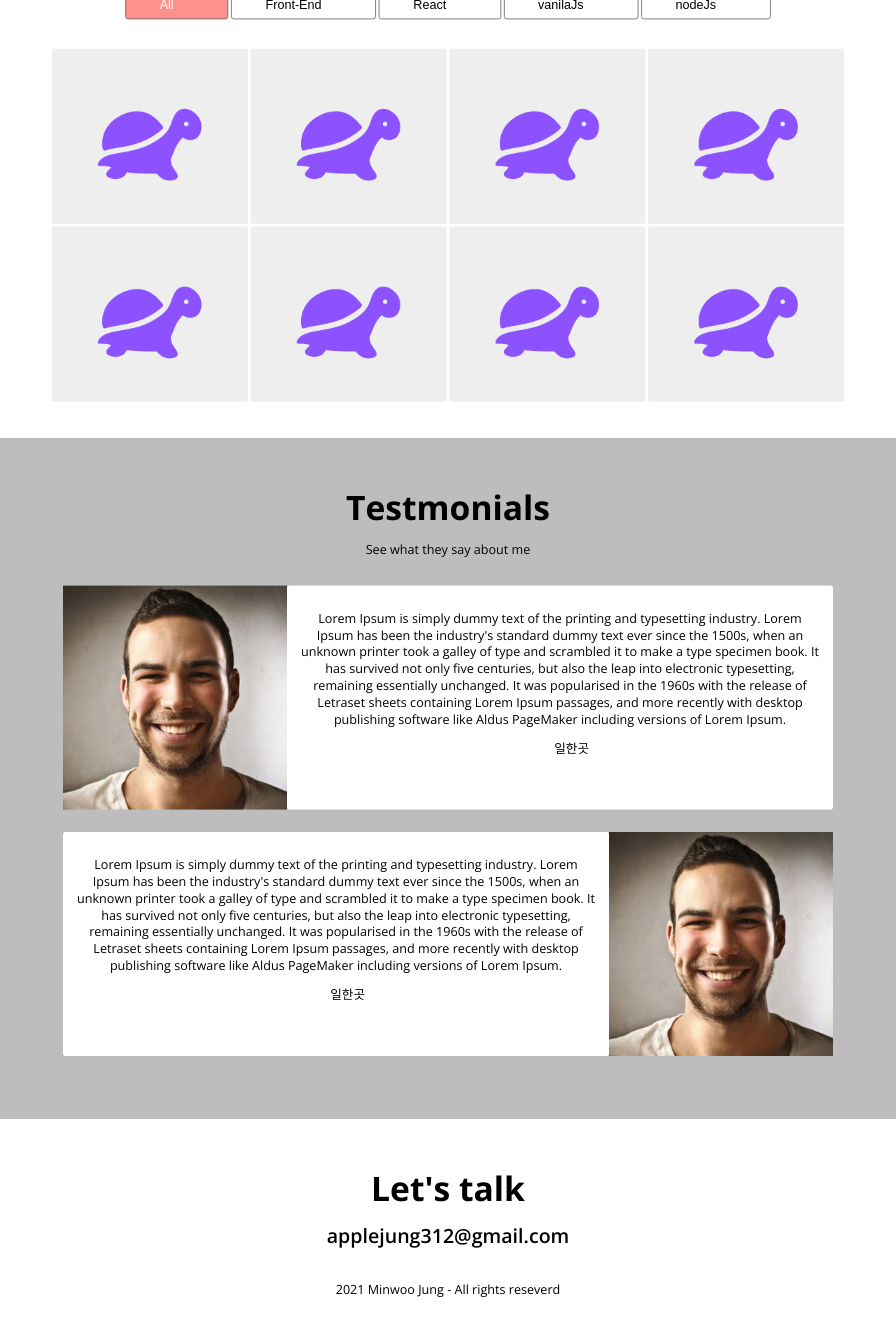
Repository: DevMinwoo-Jung/MinwooPortfolio
Page: index.html
These files come from the project's save history. The page is drawn as it stood at one moment and after the next save; the edit follows.
The browser window is 1280 px wide. The pictures show the part of the page from y = 4291 to 6211 px (the page is 6211 px tall before and 6079 px after), at 70% of full size.

Above is the page before, as saved 2021-06-01 10:52:03.

### index.html
<!DOCTYPE html>
<html lang="en">
<head>
  <meta charset="UTF-8">
  <meta http-equiv="X-UA-Compatible" content="IE=edge">
  <meta name="viewport" content="width=device-width, initial-scale=1.0">
  <title>Minwoo's Portfolio</title>
  <meta name="description" content="(will be) world-renowned Front-End Web developer Minwoo">
  <meta name="author" content= "Minwoo Jung">
  <link rel="icon" type ="image/png" href="imgs/favicon.png">
  <link rel="stylesheet" href="https://use.fontawesome.com/releases/v5.15.3/css/all.css" integrity="sha384-SZXxX4whJ79/gErwcOYf+zWLeJdY/qpuqC4cAa9rOGUstPomtqpuNWT9wdPEn2fk" crossorigin="anonymous">
  <link rel="preconnect" href="https://fonts.gstatic.com">
<link href="https://fonts.googleapis.com/css2?family=Open+Sans:wght@400;600;700&display=swap" rel="stylesheet">
<link rel="stylesheet" href="style.css">
<script src="main.js" defer></script>
</head>
<body>
  <h1>Heading</h1>
  <h2>Heading</h2>
  <h3>Heading</h3>
  <p>Paragraph</p>
  <!-- Navbar -->
  <nav id="navbar">
    <div class="navbar__logo">
      <img src="imgs/favicon.png" alt="">
      <a href="#">Minwoo</a>
    </div>
      <ul class="nvabar__menu">
        <li class="navbar__menu__item--active">Home</li>
        <li class="navbar__menu__item">About</li>
        <li class="navbar__menu__item">Skills</li>
        <li class="navbar__menu__item">My work</li>
        <li class="navbar__menu__item">Testimonial</li>
        <li class="navbar__menu__item">Contact</li>
      </ul>
  </nav>
  <!-- Home -->
  <section id="home">
    <img src="imgs/myPhoto.jpg" alt="Minwoo's profile photo" class="home__avatar">
    <h1 class="home__title">반갑습니다. <br> 프론트엔드 개발자 정민우입니다.</h1>
    <h2 class="home__description">멈추지 않는 개발자로 살아가고싶습니다.</h2>
    <button class="home__contact">Contact Me</button>
  </section>
  <!-- About -->
  <section id="about" class="section__container">
    <h1>About me</h1>
    <p>나를 나타내는 문장 문장 장문 문에 있는 고추장</p>
    <div class="about__majors">
      <div class="major">
        <div class="major__icon">
          <i class="fab fa-js-square"></i>
        </div>
        <h2 class="major__title">Front-End</h2>
        <div class="major__description">
          HTML, CSS, JavaScript, TypeScript
        </div>
      </div>
      <div class="major">
        <div class="major__icon">
          <i class="fab fa-node"></i>
        </div>
        <div class="major__title">Back-End</div>
        <div class="major__description">
          HTML, CSS, JavaScript, TypeScript
        </div>
      </div>
      <div class="major">
        <div class="major__icon">
          <i class="fab fa-react"></i>
        </div>
        <div class="major__title">Framework</div>
        <div class="major__description">
          HTML, CSS, JavaScript, TypeScript
        </div>
      </div>
    </div>
    <div class="aoubt__jobs">
      <div class="job">
        <img src="imgs/school.png" alt="" class="job__logo">
      </div>
      <div class="job__description">
        <p class="job__period">쌍용교육센터 - 2019.09 ~ 2020.04</p>
      </div>
      <div class="job">
        <img src="imgs/school.png" alt="" class="job__logo">
      </div>
      <div class="job__description">
        <p class="job__period">호서대학교 - 2012.02 ~ 2017.02</p>
      </div>
    </div>



  </section>
  <!-- Skills -->
  <section id="skills" class="section">
    <div class="section__container">
      <h1>Skills</h1>
      <h2>Skills & Attributes</h2>
      <p>
        나를 잘 포장할 말을 쓰면 된다
      </p>
      <div class="skillset">
        <div class="skillset__left">
          <h3 class="skillset__title">Skills</h3>
          <div class="skill">
            <div class="skill__description">
              <span>HTML</span>
              <span>90%</span>
            </div>
            <div class="skill__bar">
              <div class="skill__value" style="width: 99%;"></div>
            </div>
          </div>
          <div class="skill">
            <div class="skill__description">
              <span>JavaScript</span>
              <span>90%</span>
            </div>
            <div class="skill__bar">
              <div class="skill__value"  style="width: 99%;"></div>
            </div>
          </div>
          <div class="skill">
            <div class="skill__description">
              <span>CSS</span>
              <span>90%</span>
            </div>
            <div class="skill__bar">
              <div class="skill__value"  style="width: 90%;"></div>
            </div>
          </div>
          <div class="skill">
            <div class="skill__description">
              <span>TypeScript</span>
              <span>90%</span>
            </div>
            <div class="skill__bar">
              <div class="skill__value"  style="width: 85%;"></div>
            </div>
          </div>
          <div class="skill">
            <div class="skill__description">
              <span>NodeJs</span>
              <span>90%</span>
            </div>
            <div class="skill__bar">
              <div class="skill__value"  style="width: 80%;"></div>
            </div>
          </div>
        </div>
        <div class="skillset__right">
          <div class="tools">
            <h3 class="skillset__title">Tools</h3>
            <ul class="tools__list">
              <li><span>Visual Studio Code</span></li>
              <li><span>1</span></li>
              <li><span>2</span></li>
              <li><span>3</span></li>
              <li><span>4</span></li>
            </ul>
          </div>
          <div class="etc">
            <h3 class="skillset__title">Etc</h3>
            <ul class="etc__list">
              <li><span>Git</span></li>
              <li><span>Etc</span></li>
            </ul>
          </div>
        </div>
      </div>
    </div>
  </section>
  <!-- Work -->
  <section id="work" class="section">
    <h1>My work</h1>
    <h3>Projects</h3>
    <div class="work__categories">
      <button class="category__btn active">All <span class="category__count">8</span></button>
      <button class="category__btn">Front-End <span class="category__count">3</span></button>
      <button class="category__btn">React <span class="category__count">2</span></button>
      <button class="category__btn">vanilaJs <span class="category__count">2</span></button>
      <button class="category__btn">nodeJs <span class="category__count">1</span></button>
    </div>
    <div class="work__projects">
      <a href="mygithub" class="project" target="blank" data-type="back-end">
      <img class="project__img" src="imgs/favicon.png" alt="project1">
      <!-- 이미지 추후에 넣자 -->
      <div class="project__description">
        <h3>Proejct</h3>
        <span>Clone coding with HTML and CSS</span>
      </div>
      </a>
      <a href="mygithub" class="project" target="blank" data-type="back-end">
        <img class="project__img" src="imgs/favicon.png" alt="project1">
        <!-- 이미지 추후에 넣자 -->
        <div class="project__description">
          <h3>Proejct</h3>
          <span>Clone coding with HTML and CSS</span>
        </div>
        </a>
        <a href="mygithub" class="project" target="blank" data-type="back-end">
          <img class="project__img" src="imgs/favicon.png" alt="project1">
          <!-- 이미지 추후에 넣자 -->
          <div class="project__description">
            <h3>Proejct</h3>
            <span>Clone coding with HTML and CSS</span>
          </div>
        </a>
        <a href="mygithub" class="project" target="blank" data-type="back-end">
          <img class="project__img" src="imgs/favicon.png" alt="project1">
          <!-- 이미지 추후에 넣자 -->
          <div class="project__description">
            <h3>Proejct</h3>
            <span>Clone coding with HTML and CSS</span>
          </div>
        </a>
        <a href="mygithub" class="project" target="blank" data-type="back-end">
          <img class="project__img" src="imgs/favicon.png" alt="project1">
          <!-- 이미지 추후에 넣자 -->
          <div class="project__description">
            <h3>Proejct</h3>
            <span>Clone coding with HTML and CSS</span>
          </div>
        </a>
        <a href="mygithub" class="project" target="blank" data-type="back-end">
          <img class="project__img" src="imgs/favicon.png" alt="project1">
          <!-- 이미지 추후에 넣자 -->
          <div class="project__description">
            <h3>Proejct</h3>
            <span>Clone coding with HTML and CSS</span>
          </div>
        </a>
        <a href="mygithub" class="project" target="blank" data-type="back-end">
          <img class="project__img" src="imgs/favicon.png" alt="project1">
          <!-- 이미지 추후에 넣자 -->
          <div class="project__description">
            <h3>Proejct</h3>
            <span>Clone coding with HTML and CSS</span>
          </div>
        </a>
        <a href="mygithub" class="project" target="blank" data-type="back-end">
          <img class="project__img" src="imgs/favicon.png" alt="project1">
          <!-- 이미지 추후에 넣자 -->
          <div class="project__description">
            <h3>Proejct</h3>
            <span>Clone coding with HTML and CSS</span>
          </div>
        </a>
    </div>
  </section>
  <!-- Testimonials -->
  <section id="testimonials" class="section">
    <h1>Testmonials</h1>
    <h3>See what they say about me</h3>
    <div class="testimonials">
      <div class="testimonial">
        <img src="imgs/testimonail/people.jpg" alt="" class="testimonial__avatar">
        <div class="testimonail__speech-bubble">
          <p>Lorem Ipsum is simply dummy text of the printing and typesetting industry. Lorem Ipsum has been the industry's standard dummy text ever since the 1500s, when an unknown printer took a galley of type and scrambled it to make a type specimen book. It has survived not only five centuries, but also the leap into electronic typesetting, remaining essentially unchanged. It was popularised in the 1960s with the release of Letraset sheets containing Lorem Ipsum passages, and more recently with desktop publishing software like Aldus PageMaker including versions of Lorem Ipsum.</p>
          <p class="name"><a href="">이름</a>일한곳</p>
        </div>
      </div>
      <div class="testimonial">
        <div class="testimonail__speech-bubble">
          <p>Lorem Ipsum is simply dummy text of the printing and typesetting industry. Lorem Ipsum has been the industry's standard dummy text ever since the 1500s, when an unknown printer took a galley of type and scrambled it to make a type specimen book. It has survived not only five centuries, but also the leap into electronic typesetting, remaining essentially unchanged. It was popularised in the 1960s with the release of Letraset sheets containing Lorem Ipsum passages, and more recently with desktop publishing software like Aldus PageMaker including versions of Lorem Ipsum.</p>
          <p class="name"><a href="">이름</a>일한곳</p>
        </div>
        <img src="imgs/testimonail/people.jpg" alt="" class="testimonial__avatar">
      </div>
    </div>
  </section>
  <!-- Contact -->
  <section id="contact" class="section">
    <h1 class="contact__title">Let's talk</h1>
    <h2 class="contact__email">applejung312@gmail.com</h2>
    <div class="contact__links">
      <a href="https://github.com/DevMinwoo-Jung" target="_blank">
        <i class="fab fa-github"></i>
      </a>
      <a href="https://dev-minwoo.tistory.com/" target="_blank">
        <i class="fas fa-blog"></i>
      </a>
    </div>
    <p class="contact__right">
      2021 Minwoo Jung - All rights reseverd
    </p>
  </section>
</body>
</html>

### style.css
/* Global */
:root {
  /* Color */
  --color-white: #ffffff;
  --color-light-white: #eeeeee;
  --color-dark-white: #bdbdbd;
  --color-pink: #fe918d;
  --color-dark-pink: #ff6863;
  --color-dark-grey: #4d4d4d;
  --color-grey: #616161;
  --color-light-grey: #7c7979;
  --color-blue: #73aace;
  --color-yellow: #fff7d1;
  --color-orange: #feb546;
  --color-black: #000000;
  --color-dard-purple: rgb(78, 23, 69);

  /* Font size */
  --font-large: 48px;
  --font-medium: 28px;
  --font-regular: 18px;
  --font-small: 16px;
  --font-micro: 14px;

  /* Font weight */
  --weight-bold: 700;
  --weight-semi-bold: 600;
  --weight-regular: 400;

  /* Size */
  --size-border-radius: 4px;

  /* Animation Duration */
  --animation-duration: 300ms;
}

/* Universal tags */
* {
  box-sizing: border-box;
}

/* Typography */
h1 {
  font-size: var(--font-large);
  font-weight: var(--weight-bold);
  color: var(--color-black);
  margin: 16px 0px;
}

h2 {
  font-size: var(--font-medium);
  font-weight: var(--weight-semi-bold);
  color: var(--color-black);
  margin: 8px 0;
}

h3 {
  font-size: var(--font-regular);
  font-weight: var(--weight-regular);
  color: var(--color-black);
  margin: 8px 0;
}

p {
  font-size: var(--font-regular);
  font-weight: var(--weight-regular);
  color: var(--color-black);
  margin: 16px 0;
}

body {
  margin: 0;
  font-family: "Open Sans", sans-serif;
  cursor: default;
}

a {
  text-decoration: none;
  color: var(--color-white);
}

ul {
  list-style: none;
  padding-left: 0;
}

li {
  list-style: none;
}

button {
  background-color: transparent;
  cursor: pointer;
  border: none;
  outline: none;
}

/* Navbar */
#navbar {
  display: flex;
  justify-content: space-between;
  background-color: purple;
  align-items: center;
  color: var(--color-white);
  padding: 16px;
}

.navbar__menu {
  display: flex;
}

.navbar__menu__item {
  padding: 8px 12px;
  margin: 0 4px;
  cursor: pointer;
  border-radius: var(--size-border-radius);
}

.navbar__logo {
  font-size: var(--font-medium);
  font-weight: var(--weight-semi-bold);
}

.navbar__menu__item--active {
  border: 1px solid var(--color-white);
}

.navbar__menu__item:hover {
  background-color: var(--color-dard-purple);
}

/* Home */
#home {
  background: url("imgs/background\ Img.png") center/cover no-repeat;
  padding: 40px;
  text-align: center;
}

.home__avatar {
  width: 250px;
  height: 250px;
  border-radius: 50%;
  border: 2px solid var(--color-white);
}

.home__title,
.home__description {
  color: var(--color-white);
}

.home__contact {
  color: var(--color-white);
  font-size: var(--font-regular);
  font-weight: var(--weight-bold);
  margin: 24px;
  padding: 8px 12px;
  border: 2px solid (var(--color-white));
  border-radius: var(--size-border-radius);
}

/* Section common */
.section {
  margin: auto;
  padding: 50px;
  text-align: center;
}

.section__container {
  max-width: 1200px;
  margin: auto;
}

/* About */
.aoubt__majors {
  display: flex;
  justify-content: space-between;
  margin: 80px 0;
}

.major__icon {
  width: 170px;
  height: 170px;
  font-size: 70px;
  line-height: 170px;
  margin: auto;
  border: 1px solid var(--color-white);
  border-radius: 50%;
  margin-bottom: 16px;
  color: var(--color-blue);
}

.major__icon:hover i {
  color: var(--color-pink);
  transform: rotate(-30deg) scale(1.1);
}

.major__icon i {
  transition: all var(--animation-duration) ease;
}

/*
.major__icon i:hover{
  이렇게하면 i에 올려났을때만 변하지만
  위처럼하면 icon에 올렸을때 i만 변한다
  color: var(--color-pink);
  transform: rotate(-30deg) scale(1.1);
} */

.major__title,
.major__description {
  color: var(--color-dark-grey);
}

.major__description {
  font-size: var(--font-small);
}

.job {
  display: flex;
  align-items: center;
}

.job__description {
  margin: 0 16px;
  text-align: left;
}

.job__name,
.job__period {
  color: var(--color-light-grey);
}

.job__name {
  font-size: var(--font-small);
}

.job__period {
  font-size: var(--font-micro);
}

/* Skill */
#skills {
  background-color: var(--color-yellow);
}

.skillset {
  display: flex;
  background-color: var(--color-light-grey);
  color: var(--color-light-white);
  margin: 20px 0;
}

.skillset__title {
  color: var(--color-white);
}

.skillset__left {
  flex-basis: 60%;
  background-color: var(--color-dark-grey);
  color: var(--color-white);
  padding: 20px 40px;
}

.skill__description {
  display: flex;
  justify-content: space-between;
}

.skillset__right {
  flex-basis: 40%;
}

.tools {
  background-color: var(--color-grey);
}

.skill__bar {
  width: 100%;
  height: 3px;
  background-color: var(--color-grey);
}

.skill {
  margin-bottom: 32px;
}

.skill__value {
  height: 3px;
  background-color: var(--color-orange);
}

.tolls,
.etc {
  padding: 20px;
}

/* Work */
.work__categories {
  margin: 40px;
}

.category__btn {
  border: 1px solid var(--color-dark-grey);
  border-radius: var(--size-border-radius);
  font-size: var(--font-regular);
  padding: 8px 48px;
}

.category__btn.active,
.category__btn:hover {
  background-color: var(--color-pink);
  color: var(--color-white);
}

.category__btn.active,
.category__count,
.category__btn:hover .category__count {
  opacity: 1;
  top: 0;
}
.category__count {
  background-color: var(--color-orange);
  border-radius: 50%;
  color: var(--color-white);
  width: 24px;
  height: 24px;
  display: inline-block;
  line-height: 24px;
  position: relative;
  top: -20px;
  left: 4px;
  opacity: 0;
  transition: all var(--animation-duration);
}

.work__projects {
  display: flex;
  flex-wrap: wrap;
  justify-content: center;
}

.project {
  width: 280px;
  display: flex;
  justify-content: center;
  align-items: center;
  height: 250px;
  margin: 2px;
  background-color: var(--color-light-white);
  position: relative;
}

.project__img {
  max-width: 100%;
  max-height: 100%;
}

.project__description {
  position: absolute;
  top: 0;
  left: 0;
  width: 100%;
  height: 100%;
  display: flex;
  flex-direction: column;
  justify-content: center;
  opacity: 0;
  transition: all var(--animation-duration) ease-in;
}

.project:hover .project__description {
  opacity: 0.8;
  transform: translateY(0px);
}

.project__description h3 {
  color: var(--color-white);
}

.project__description h3:after {
  content: "";
  width: 25px;
  height: 25px;
  display: block;
  position: relative;
  left: 50%;
  margin-left: -12px;
  background-color: var(--color-dark-white);
}

/* Testimonial */
#testimonials {
  background-color: var(--color-dark-white);
}

.testimonials {
  margin: 40px;
}

.testimonial {
  display: flex;
  margin: 32px 0;
}

.testimonal__avatar {
  width: 150px;
  height: 150px;
  border-radius: 50%;
}

.testimonal__avatar:nth-child(odd) {
  margin-right: 40px;
}

.testimonal__avatar:nth-child(even) {
  margin-left: 40px;
}

.testimonail__speech-bubble {
  padding: 18px;
  background-color: var(--color-white);
  border-radius: var(--size-border-radius);
}

Loaded but not shown: main.js (no copy from this time; the picture is the same without it)

After the next save:
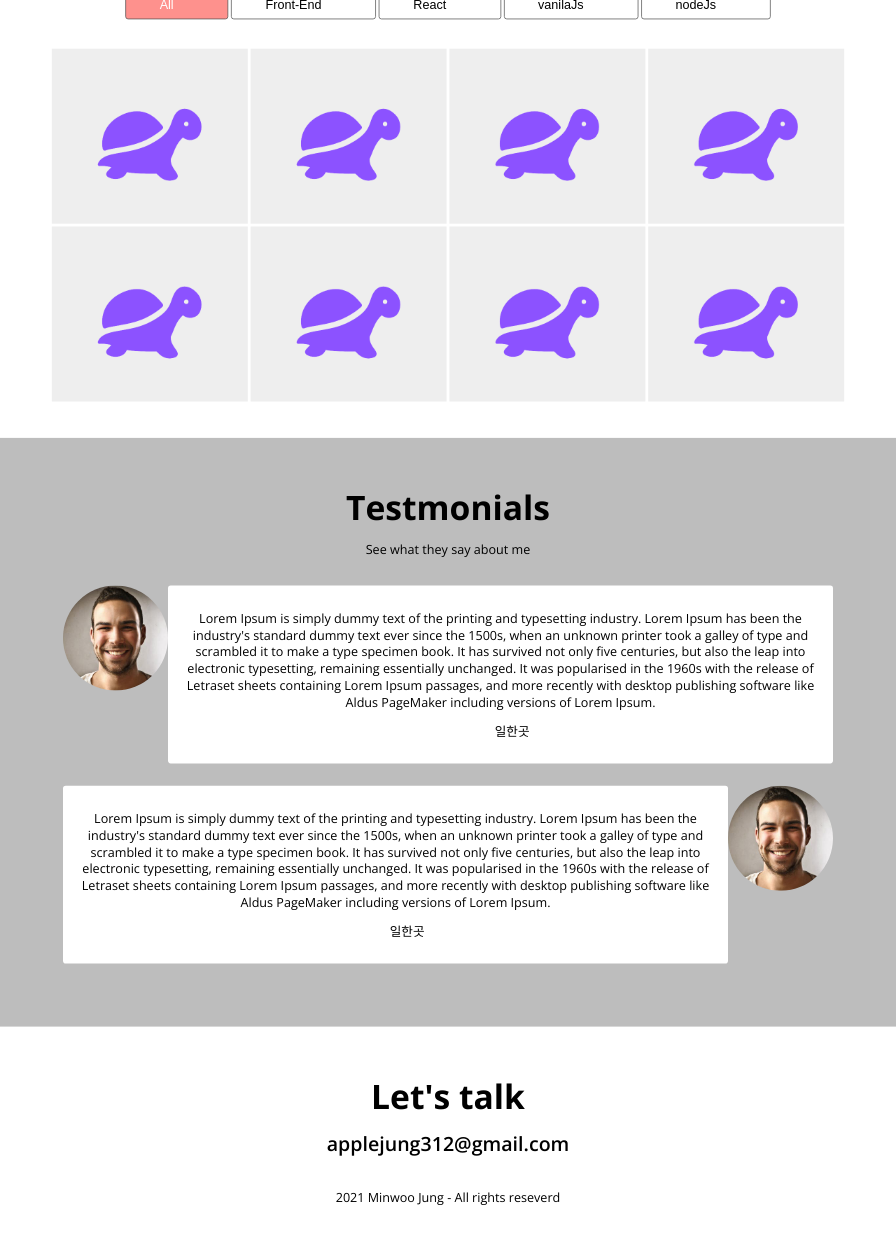
Saved 19 s later.
--- a/style.css
+++ b/style.css
@@ -402,7 +402,7 @@ button {
   margin: 32px 0;
 }
 
-.testimonal__avatar {
+.testimonial__avatar {
   width: 150px;
   height: 150px;
   border-radius: 50%;
